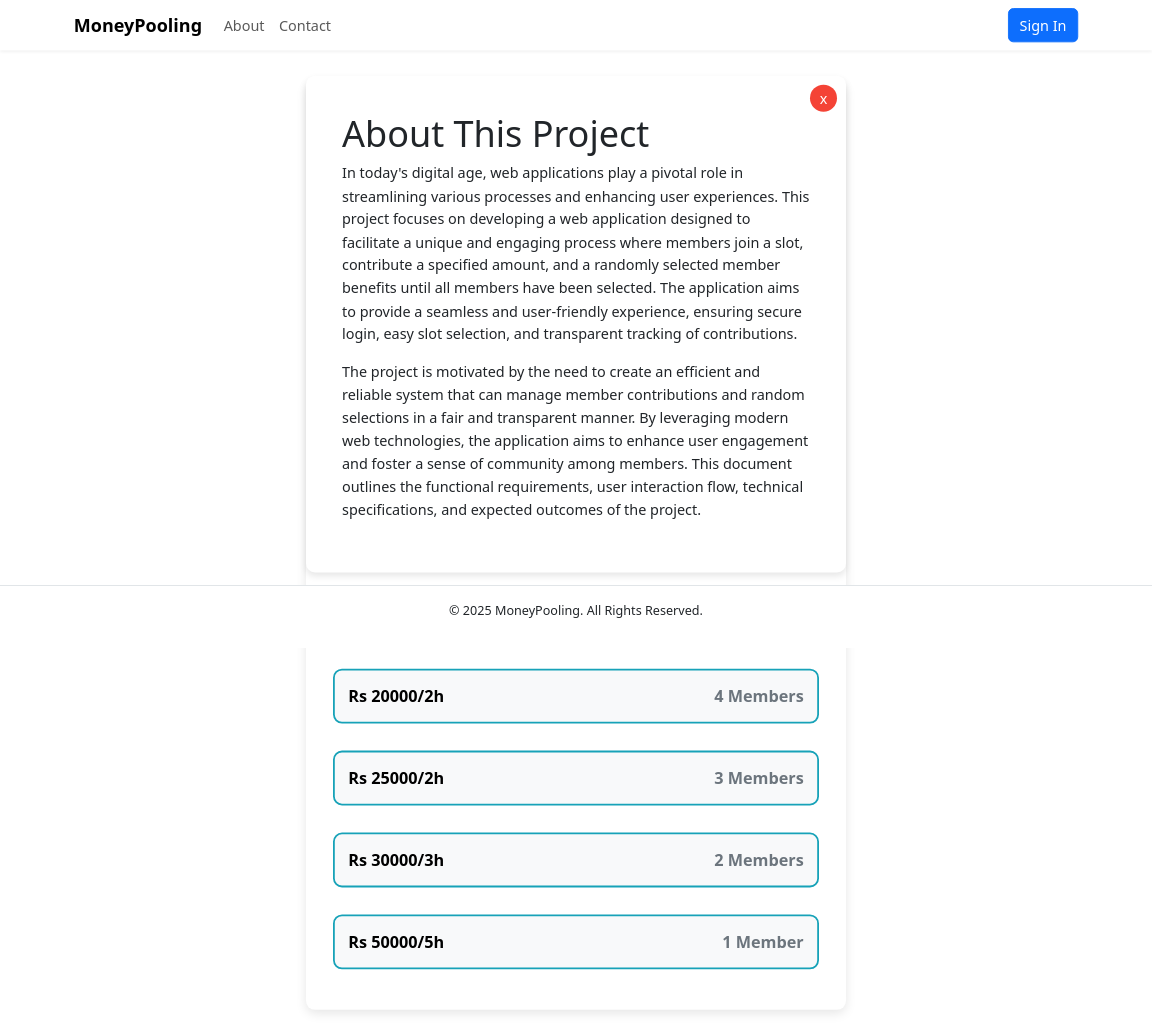
Repository: xxgautm420/MoneyPool
Page: templates/Index.html
The author's editor kept a copy of each file at every save. The page is drawn from the files as they stood at one save, then again after a run of saves.
The browser window is 1280 px wide. The pictures show the whole page, at 90% of full size.
The page is served by the project's application, run on Flask 3 (app.py). Other server files are loaded and not shown. The template is opened directly, without the code that normally fills it, so the values that code supplies are empty.

Above is the page before, as saved 2025-03-02 11:21:34.

### templates/Index.html
<!DOCTYPE html>
<html lang="en">
<head>
    <meta charset="UTF-8">
    <meta name="viewport" content="width=device-width, initial-scale=1.0">
    <title>Money Pooling</title>

    <!-- External Stylesheets -->
    <link rel="stylesheet" href="{{ url_for('static', filename='Css/style.css') }}">


    <link href="https://cdn.jsdelivr.net/npm/bootstrap@5.3.0-alpha1/dist/css/bootstrap.min.css" rel="stylesheet">
</head>
<body>

    <!-- Navbar -->
    <nav class="navbar navbar-expand-lg navbar-light bg-white fixed-top shadow-sm">
        <div class="container">
            <a class="navbar-brand fw-bold" href="#">MoneyPooling</a>
            <div class="collapse navbar-collapse">
                <ul class="navbar-nav me-auto mb-2 mb-lg-0">
                    <li class="nav-item">
                        <a class="nav-link" href="#" id="aboutLink">About</a>
                    </li>
                    <li class="nav-item">
                        <a class="nav-link" href="#">Contact</a>
                    </li>
                </ul>
                <button id="signInButton" class="btn btn-primary">Sign In</button>

        <div id="aboutFormContainer" class="about-container">
            <div class="about-box">
        <section>
            <h1>About This Project</h1>
            <p>In today's digital age, web applications play a pivotal role in streamlining various processes and enhancing user experiences. This project focuses on developing a web application designed to facilitate a unique and engaging process where members join a slot, contribute a specified amount, and a randomly selected member benefits until all members have been selected. The application aims to provide a seamless and user-friendly experience, ensuring secure login, easy slot selection, and transparent tracking of contributions.</p>
            <p>The project is motivated by the need to create an efficient and reliable system that can manage member contributions and random selections in a fair and transparent manner. By leveraging modern web technologies, the application aims to enhance user engagement and foster a sense of community among members. This document outlines the functional requirements, user interaction flow, technical specifications, and expected outcomes of the project.</p>
            <button id="closeAbout" class="close-button"> x</button>
        </section>
        </div>
    </div>


            </div>
        </div>
    </nav>

    <!-- Main Content -->
    <div class="main-container">
        <h2 class="text-center mb-4">Select Your Money Pool</h2>
        <div class="slot-container">
            <button class="slot"><span>Rs 1000/10m</span> <span class="members">10 Members</span></button>
            <button class="slot"><span>Rs 2000/15m</span> <span class="members">8 Members</span></button>
            <button class="slot"><span>Rs 3000/20m</span> <span class="members">12 Members</span></button>
            <button class="slot"><span>Rs 5000/30m</span> <span class="members">15 Members</span></button>
            <button class="slot"><span>Rs 10000/1h</span> <span class="members">5 Members</span></button>
            <button class="slot"><span>Rs 15000/1h</span> <span class="members">6 Members</span></button>
            <button class="slot"><span>Rs 20000/2h</span> <span class="members">4 Members</span></button>
            <button class="slot"><span>Rs 25000/2h</span> <span class="members">3 Members</span></button>
            <button class="slot"><span>Rs 30000/3h</span> <span class="members">2 Members</span></button>
            <button class="slot"><span>Rs 50000/5h</span> <span class="members">1 Member</span></button>
        </div>
    </div>

    <!-- Login Form (Hidden Initially) -->
    <div id="loginFormContainer" class="login-container">
        <div class="login-box">
            <h3>Login</h3>
            <input type="text" id="username" placeholder="Username">
            <input type="password" id="password" placeholder="Password">
            <button id="loginSubmit" class="btn btn-success">Login</button>
            <button id="closeLogin" class="btn btn-danger">Close</button>
        </div>
    </div>

    <!-- Join Pool Form (Hidden Initially) -->
    <div id="joinPoolForm" class="login-container" style="display: none;">
        <div class="login-box">
            <h3>Join Pool</h3>
            <button id="joinSubmit" class="btn btn-success" onclick="location.href='/progress'">Join</button>
            <button id="closeJoinPool" class="btn btn-danger">Close</button>
        </div>
    </div>

    <!-- Footer -->
    <footer class="text-center py-3">
        <p>&copy; 2025 MoneyPooling. All Rights Reserved.</p>
    </footer>

    <!-- External JavaScript -->
    <script src="{{ url_for('static', filename='Script/script.js') }}"></script>
</body>
</html>

### app.py
from flask import Flask, render_template , jsonify
from user import User, db
from config import Config
from auth import auth_bp

app = Flask(__name__)
app.config.from_object(Config)
db.init_app(app)

app.register_blueprint(auth_bp)

@app.route('/')
def home():
    return render_template('index.html')

@app.route('/progress')
def progress():
    return render_template('progress.html')

@app.route('/api/users/top5', methods=['GET'])
def get_top5_users():
    users = User.query.limit(5).all()
    return jsonify([user.username for user in users])

if __name__ == '__main__':
    app.run(debug=True)

### static/Css/style.css
/* General Page Styling */
body {
    font-family: Arial, sans-serif;
    text-align: center;
    margin: 0;
    background-color: white;
    padding-top: 70px; /* Space for fixed navbar */
    display: flex;
    flex-direction: column;
    min-height: 100vh; /* Ensure the body takes at least the full height of the viewport */
}

/* Navbar */
.navbar {
    box-shadow: 0px 2px 5px rgba(0, 0, 0, 0.1);
}

/* Main Container */
.main-container {
    width: 80%;
    max-width: 600px;
    margin: 20px auto; /* Adjusted margin for spacing */
    padding: 30px;
    background-color: white;
    border-radius: 10px;
    box-shadow: 0 4px 12px rgba(0, 0, 0, 0.1);
    flex: 1; /* Allow the main container to grow and take available space */
    overflow-y: auto; /* Enable vertical scrolling if content exceeds height */
}

/* Slot Container */
.slot-container {
    display: flex;
    flex-direction: column;
    align-items: center;
}

/* Slot Styling (Now as Buttons) */
.slot {
    width: 100%;
    background-color: #f8f9fa;
    border: 2px solid #17a2b8;
    padding: 15px;
    margin: 15px 0;
    border-radius: 10px;
    font-size: 18px;
    cursor: pointer;
    display: flex;
    justify-content: space-between;
    align-items: center;
    font-weight: bold;
    transition: 0.3s;
}

.slot:hover {
    background-color: #17a2b8;
    color: white;
}

/* Align Members to Right */
.members {
    color: #6c757d;
}

/* Login Form Container */
.login-container {
    position: fixed;
    top: 0;
    left: 0;
    width: 100%;
    height: 100%;
    background: rgba(0, 0, 0, 0.5);
    display: none;
    align-items: center;
    justify-content: center;
    z-index: 1000; /* Ensure the container is above other elements */
}

/* Login Box */
.login-box {
    background: white;
    padding: 20px;
    border-radius: 10px;
    box-shadow: 0 4px 12px rgba(0, 0, 0, 0.3);
    text-align: center;
    width: 350px;
    max-height: 80%; /* Ensure the login box doesn't exceed the height */
    overflow-y: auto; /* Enable scrolling within the login box if needed */
}

.login-box h3 {
    margin-bottom: 15px;
}

.login-box input {
    width: 100%;
    padding: 10px;
    margin-bottom: 10px;
    border: 1px solid #ddd;
    border-radius: 5px;
}

.login-box button {
    width: 100%;
    padding: 10px;
    margin-top: 5px;
}

/* Close Button at Top Right */


/* Join Pool Form (Similar to Login Form) */
#joinPoolForm .login-box {
    background: white;
    padding: 20px;
    border-radius: 10px;
    box-shadow: 0 4px 12px rgba(0, 0, 0, 0.3);
    text-align: center;
    width: 350px;
    max-height: 80%; /* Ensure the join pool box doesn't exceed the height */
    overflow-y: auto; /* Enable scrolling within the join pool box if needed */
}

#joinPoolForm .login-box h3 {
    margin-bottom: 15px;
}

#joinPoolForm .login-box button {
    width: 100%;
    padding: 10px;
    margin-top: 5px;
}

/* Footer */
footer {
    width: 100%;
    background-color: white;
    text-align: center;
    padding: 10px;
    font-size: 14px;
    border-top: 1px solid #dee2e6;
    position: fixed; /* Ensure footer stays at the bottom */
    bottom: 0;
    left: 0;
    right: 0;
}

/* About Form Container */
.about-container {
    position: fixed;
    top: 50%;
    left: 50%;
    transform: translate(-50%, -50%);
    width: 80%;
    max-width: 600px;
    background-color: white;
    border-radius: 10px;
    box-shadow: 0 4px 8px rgba(0, 0, 0, 0.1);
    overflow: auto;
    max-height: 90vh;
    padding: 20px;
}

.about-box {
    padding: 20px;
}

.about-container h1 {
    margin-top: 0;
}

.about-container p {
    line-height: 1.6;
}

.close-button {
    position: absolute;
    top: 10px;
    right: 10px;
    background-color: #f44336;
    color: white;
    border: none;
    border-radius: 50%;
    width: 30px;
    height: 30px;
    cursor: pointer;
    font-size: 16px;
}

.close-button:hover {
    background-color: #d32f2f;
}

### static/Script/script.js
document.addEventListener("DOMContentLoaded", () => {
    const signInButton = document.getElementById("signInButton");
    const loginFormContainer = document.getElementById("loginFormContainer");
    const closeLogin = document.getElementById("closeLogin");
    const loginSubmit = document.getElementById("loginSubmit");
    const slots = document.querySelectorAll(".slot");
    const joinPoolForm = document.getElementById("joinPoolForm");
    const closeJoinPool = document.getElementById("closeJoinPool");

    let isSignedIn = false;

    signInButton.addEventListener("click", () => {
        if (!isSignedIn) {
            loginFormContainer.style.display = "flex";
        } else {
            alert("You have signed out.");
            signInButton.textContent = "Sign In";
            signInButton.classList.replace("btn-danger", "btn-primary");
            isSignedIn = false;
        }
    });

    closeLogin.addEventListener("click", () => {
        loginFormContainer.style.display = "none";
    });

    loginSubmit.addEventListener("click", (event) => {
        event.preventDefault();

        let username = document.getElementById("username").value;
        let password = document.getElementById("password").value;

        if (username && password) {
            fetch('/api/users/login', {
                method: 'POST',
                headers: {
                    'Content-Type': 'application/json'
                },
                body: JSON.stringify({ username: username, password: password })
            })
            .then(response => response.json())
            .then(data => {
                if (data.success) {
                    alert(`Welcome, ${username}!`);
                    loginFormContainer.style.display = "none";
                    signInButton.textContent = "Sign Out";
                    signInButton.classList.replace("btn-primary", "btn-danger");
                    isSignedIn = true;
                } else {
                    alert('Login failed: ' + data.message);
                }
            })
            .catch(error => {
                console.error('Error:', error);
                alert('An error occurred while logging in. Please try again.');
            });
        } else {
            alert("Please enter username and password.");
        }
    });

    // registrationSubmit.addEventListener("click", (event) => {
    //     event.preventDefault();

    //     let username = document.getElementById("registerUsername").value;
    //     let password = document.getElementById("registerPassword").value;

    //     if (username && password) {
    //         fetch('/api/users/register', {
    //             method: 'POST',
    //             headers: {
    //                 'Content-Type': 'application/json'
    //             },
    //             body: JSON.stringify({ username: username, password: password })
    //         })
    //         .then(response => response.json())
    //         .then(data => {
    //             if (data.success) {
    //                 alert(`Registration successful, ${username}!`);
    //             } else {
    //                 alert('Registration failed: ' + data.message);
    //             }
    //         })
    //         .catch(error => {
    //             console.error('Error:', error);
    //             alert('An error occurred during registration. Please try again.');
    //         });
    //     } else {
    //         alert("Please enter username and password.");
    //     }
    // });

    // Show Join Pool Form on Slot Click
    slots.forEach(slot => {
        slot.addEventListener("click", () => {
            if (isSignedIn) {
                joinPoolForm.style.display = "flex";
            } else {
                alert("Please sign in to select a money pool.");
            }
        });
    });

    // Close Join Pool Form
    closeJoinPool.addEventListener("click", () => {
        joinPoolForm.style.display = "none";
    });
});




//about form
document.addEventListener("DOMContentLoaded", function() {
    const aboutLink = document.getElementById("aboutLink");
    const aboutFormContainer = document.getElementById("aboutFormContainer");
    const closeAboutForm = document.getElementById("closeAbout");


    aboutLink.addEventListener("click", function(event) {
        event.preventDefault();
        aboutFormContainer.style.display = "block";
    });

    closeAboutForm.addEventListener("click", () => {
        aboutFormContainer.style.display = "none";
    });


});

After the next 4 saves:
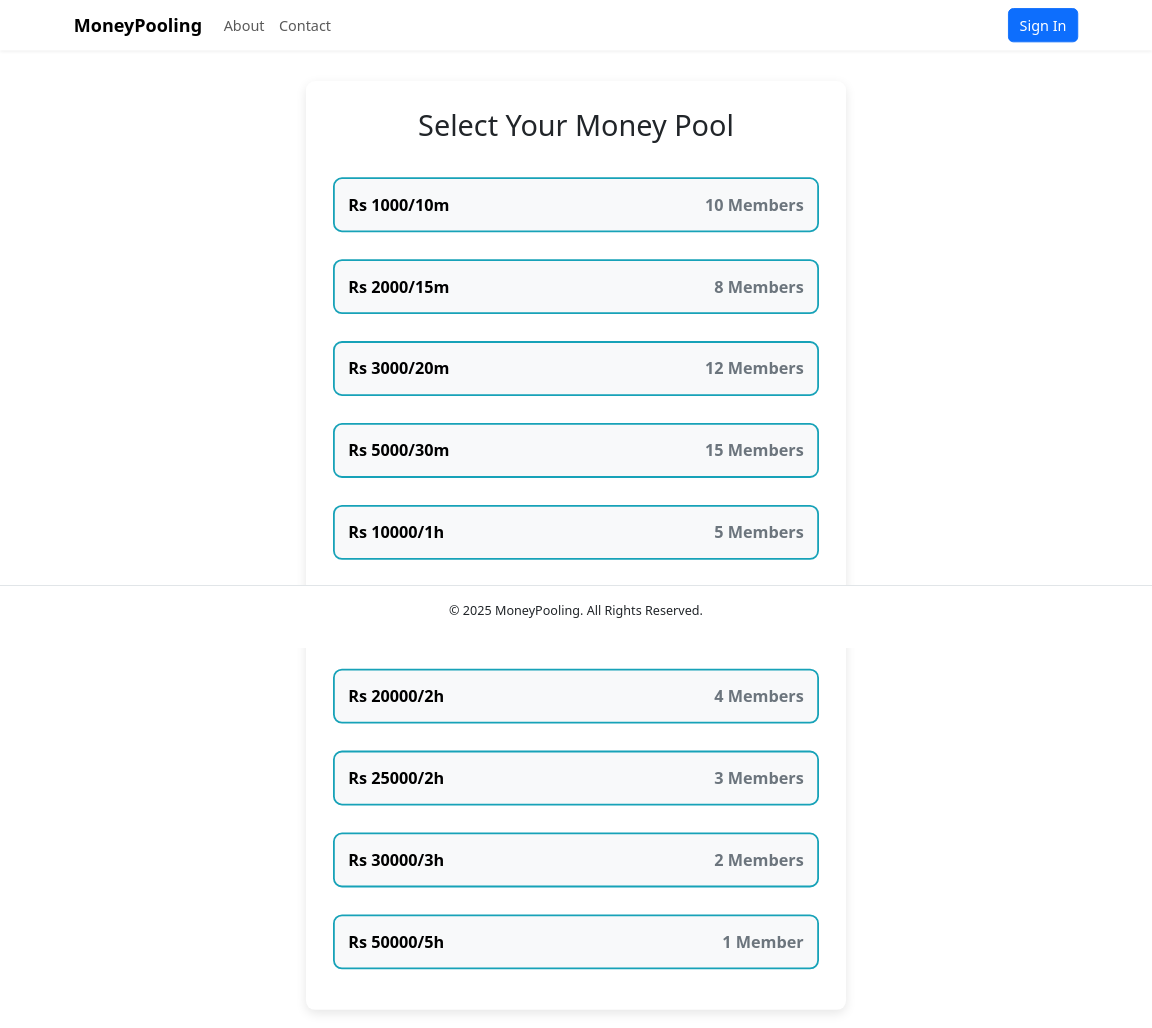
The 4 saves are shown as one change because they came seconds apart.
The last was saved 34 s later.
--- a/templates/Index.html
+++ b/templates/Index.html
@@ -28,7 +28,7 @@
                 </ul>
                 <button id="signInButton" class="btn btn-primary">Sign In</button>
 
-        <div id="aboutFormContainer" class="about-container">
+        <div id="aboutFormContainer" class="about-container" style="display: none;">
             <div class="about-box">
         <section>
             <h1>About This Project</h1>
